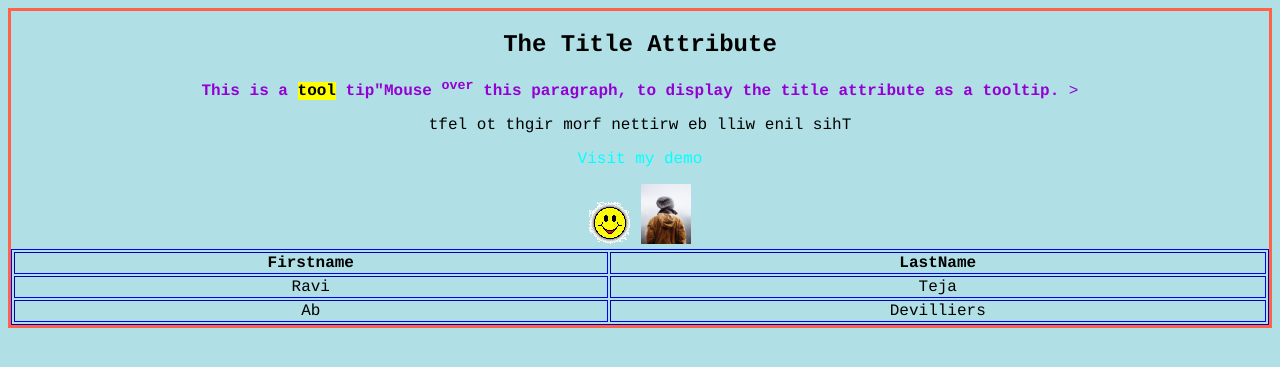
Repository: rejatavi/IntialCommit
Page: Web/WebContent/js.html
The author's editor kept a copy of each file at every save. The page is drawn from the files as they stood at one save, then again after the next save.
The browser window is 1280 px wide. The pictures show the whole page.

Above is the page before, as saved 2018-05-30 15:56:24.

### Web/WebContent/js.html
<!DOCTYPE html>
<html>
<body
	style="background-color: powderblue; font-family: courier; text-align: center; border: 3px solid Tomato">

	<h2 title="I'm a header">The Title Attribute</h2>
	<!-- this is imp -->

	<p style="color: darkviolet;"
		<b><strong>This is a <mark>tool</mark> tip"Mouse <sup>over</sup>
				this paragraph, to display the title attribute as a tooltip.
		</strong>></b>
	</p>
	<bdo dir="rtl">This line will be written from right to left</bdo>
	<!-- bdo stands for bi-directionl -->
	<p>
		<a href="http://localhost:8001/Web/js.html" target="	blank">Visit
			my demo</a>
	</p>
	<!-- <a href="https://www.w3schools.com/html/" target="_top">HTML5 tutorial!</a>
		doubt this one -->

	<a href="http://localhost:8001/Web/js.html"> <img src=smiley.gif
		style="align-content: center;"></a>
	<img src="img_girl.jpg" width="50" height="60" >
	<table style="width: 100%; border-color: blue;" border="1">
		<tr>
			<th>Firstname</th>
			<th>LastName</th>
		</tr>
		<tr>
			<td>Ravi</td>
			<td>Teja</td>
		</tr>
		<tr>
			<td>Ab</td>
			<td>Devilliers</td>
		</tr>
	</table>
	<style>
a:link {
	color: aqua;
	background-color: none;
	text-decoration: none;
}

a:hover {
	color: silver;
	background-color: none;
	text-decoration: underline;
}

a:active {
	color: lime;
	background-color: none;
	text-decoration: inherit;
}
}
</style>

</body>
</html>

After the next save:
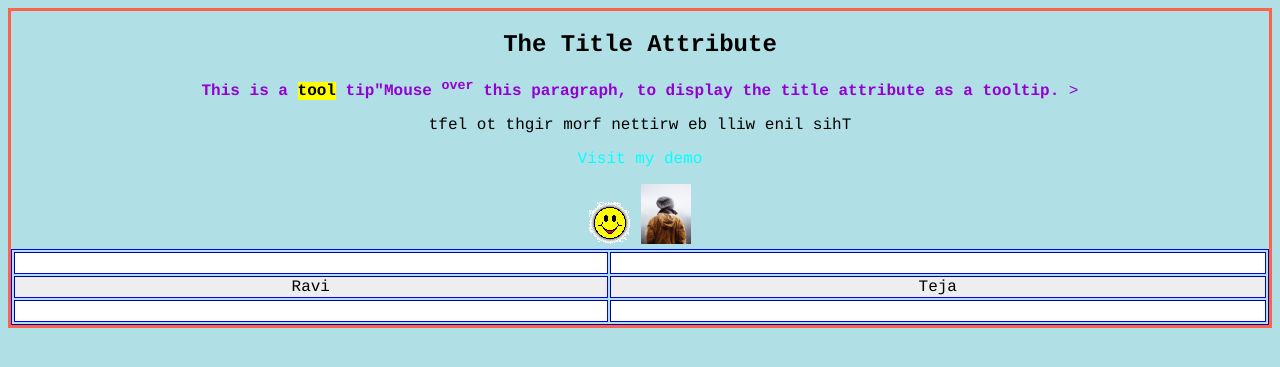
Saved 3 min 23 s later.
--- a/Web/WebContent/js.html
+++ b/Web/WebContent/js.html
@@ -1,5 +1,16 @@
 <!DOCTYPE html>
-<html>
+<html><head>
+<style>
+table tr:nth-child(even){
+background-color: #eee;
+}
+table tr:nth-child(odd){
+background-color: #fff;
+color:white;
+}
+</style>
+
+</head>
 <body
 	style="background-color: powderblue; font-family: courier; text-align: center; border: 3px solid Tomato">
 
